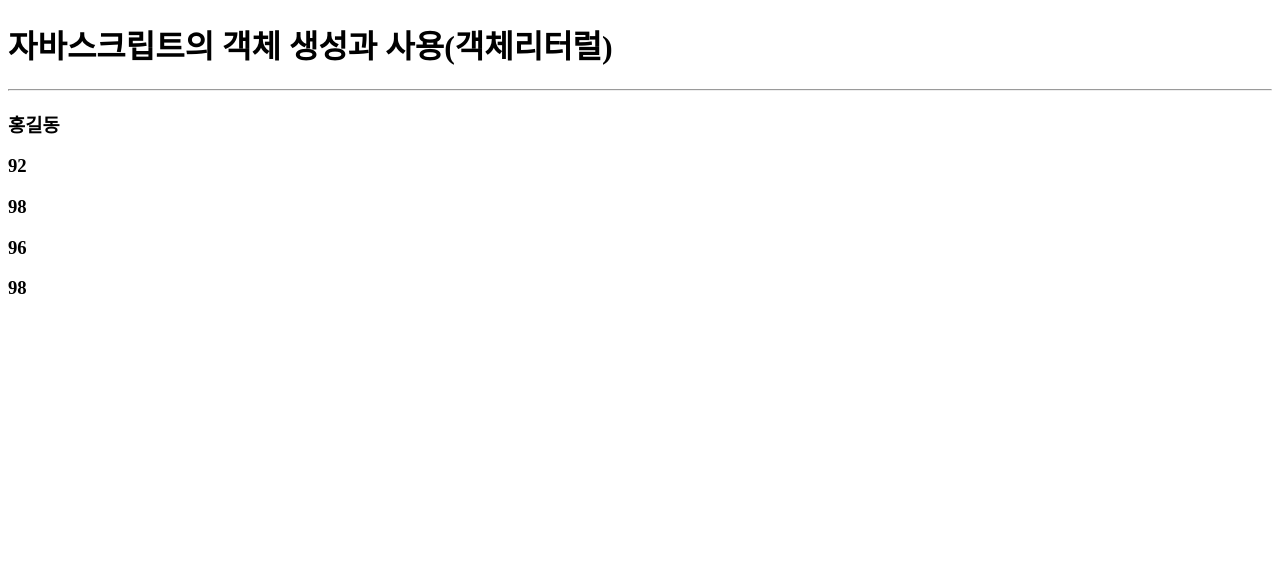
Repository: jhsnex123/web_study
Page: edu/src/main/webapp/jsexam/exam24.html
An editor plug-in stored every save of this project. The page is shown before and after the next save, followed by the edit.
The browser window is 1280 px wide. The pictures show the whole page.

Above is the page before, as saved 2024-09-24 01:30:37.

After the next save:
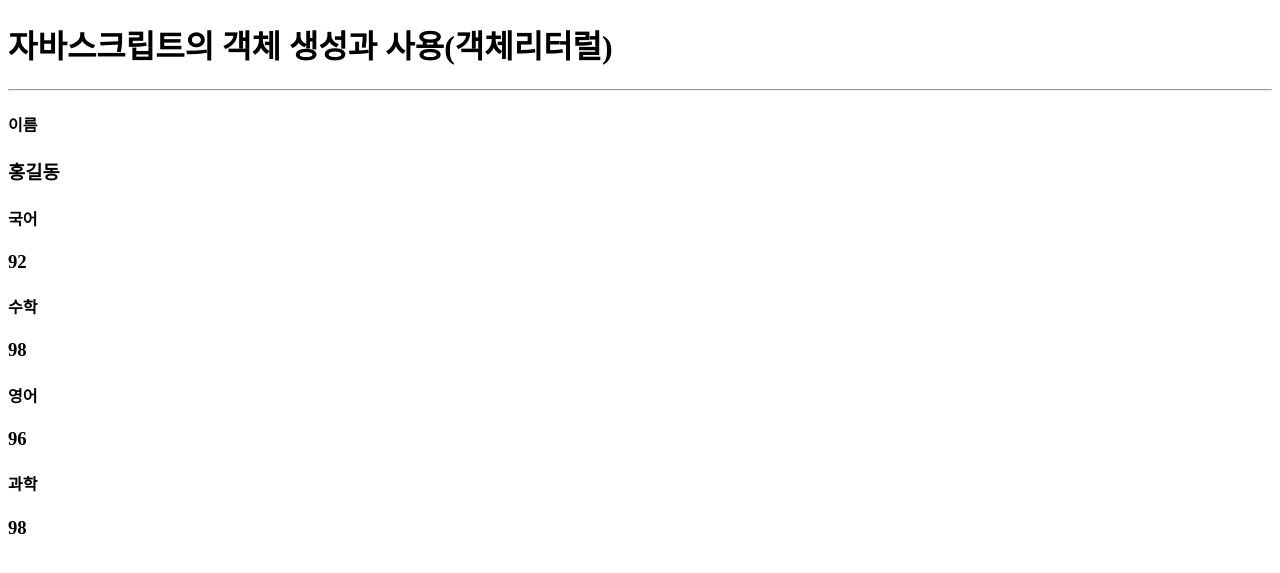
Saved 8 min 52 s later.
--- a/edu/src/main/webapp/jsexam/exam24.html
+++ b/edu/src/main/webapp/jsexam/exam24.html
@@ -16,8 +16,10 @@
         영어: 96,
         과학: 98
 	};
-	for(let key in student)
+	for(let key in student){
+		write(key, 'h4');
 		write(student[key], "h3");	// student.key, student.국어, student["국어"]
+	}
 </script>
 </body>
 </html>

After the save that followed:
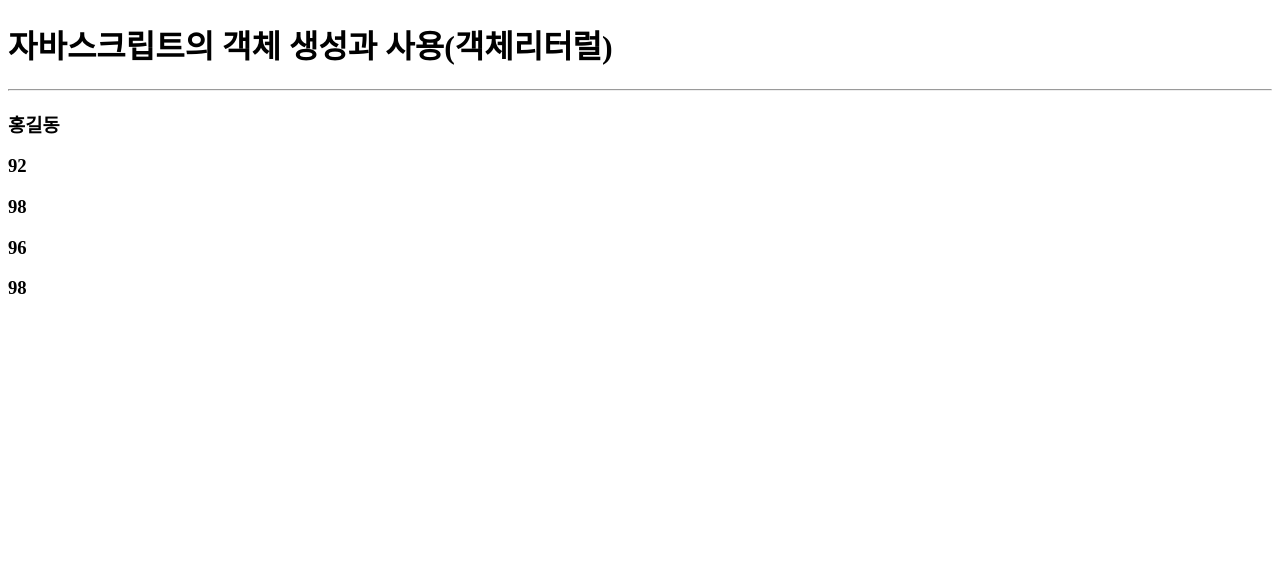
Saved 99 s later.
--- a/edu/src/main/webapp/jsexam/exam24.html
+++ b/edu/src/main/webapp/jsexam/exam24.html
@@ -16,10 +16,8 @@
         영어: 96,
         과학: 98
 	};
-	for(let key in student){
-		write(key, 'h4');
+	for(let key in student)
 		write(student[key], "h3");	// student.key, student.국어, student["국어"]
-	}
 </script>
 </body>
 </html>
